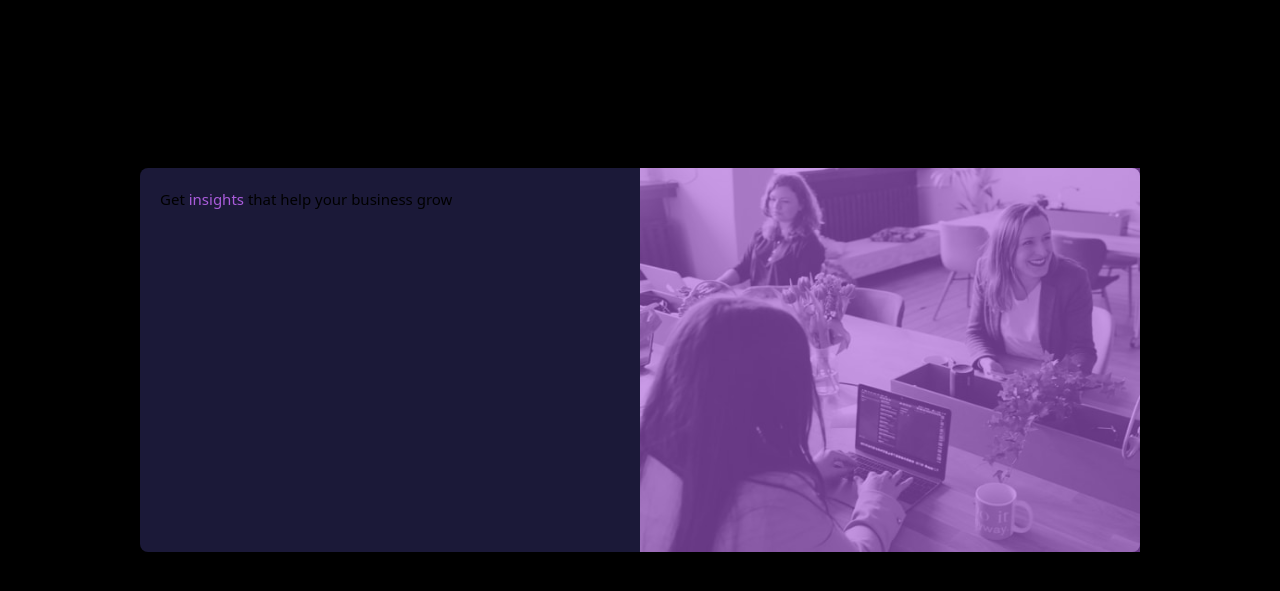
Repository: BerlinWebDev/FrontendMaster_PreviewMentor
Page: /
These files come from the project's save history. The page is drawn as it stood at one moment and after a run of saves; the edit follows.
The browser window is 1280 px wide. The pictures show the whole page.
The project was rebuilt for these pictures with package versions that can differ from the ones it lists, and the page was loaded fresh each time.

Above is the page before, as saved 2023-11-11 19:07:41.

### src/App.js
import Image from "./assets/image-header-desktop.jpg";

function App() {
  return (
    <>
      <header>
        <title>Challenge</title>
        <meta name="description" content="Challenge" />
        <link rel="icon" href="/favicon.ico" />
      </header>
      <main className="flex min-h-screen flex-col items-center justify-center bg-black">
        <div className="flex h-96 w-[1000px] rounded-lg bg-[#1b1938]">
          <aside className="w-1/2  rounded-l-lg">
            <div className="p-5">
              <div className="text-[15px]">
                Get <span className="text-[#aa5cdb]">insights</span> that help
                your business grow
              </div>
            </div>
          </aside>
          <aside className="w-1/2  rounded-lg relative">
            <div className="absolute inset-0 bg-[#aa5cdb] opacity-60"></div>
            <img
              className=" h-full w-full rounded-r-lg"
              src={Image}
              alt="Header-Desktop"
            />
          </aside>
        </div>
      </main>
    </>
  );
}

export default App;

Loaded but not shown: public/index.html (common file); src/index.js (common file); src/index.css (common file); tailwind.config.js (common file)

After the next 2 saves:
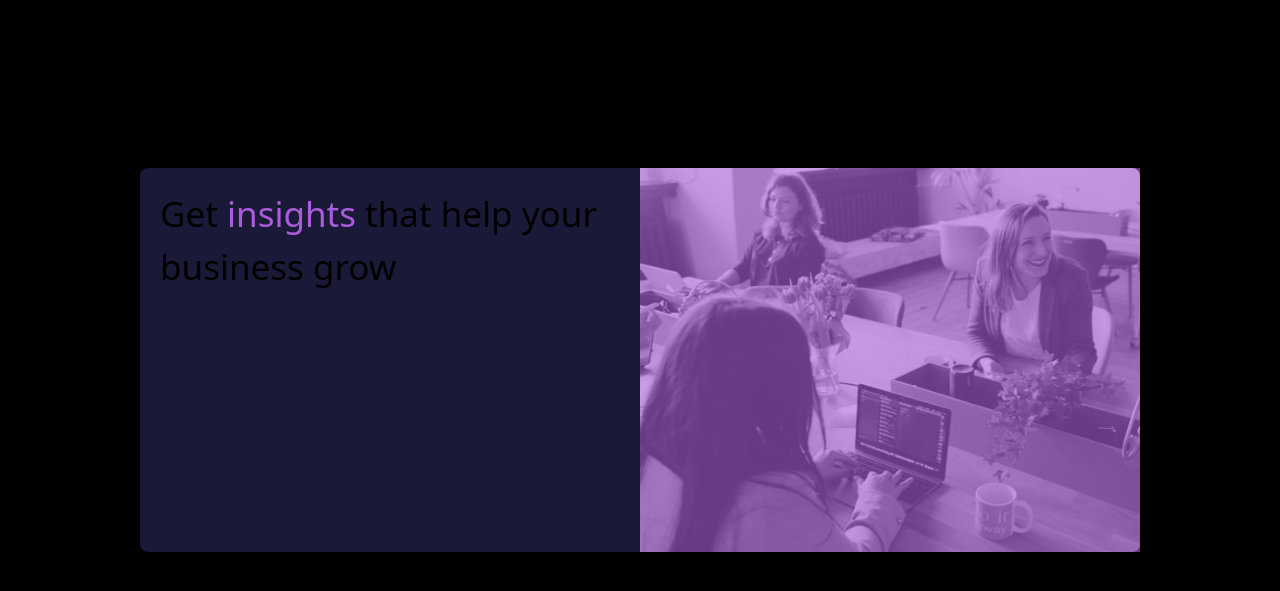
The 2 saves are shown as one change because they came seconds apart.
The last was saved 11 s later.
--- a/src/App.js
+++ b/src/App.js
@@ -12,7 +12,7 @@ function App() {
         <div className="flex h-96 w-[1000px] rounded-lg bg-[#1b1938]">
           <aside className="w-1/2  rounded-l-lg">
             <div className="p-5">
-              <div className="text-[15px]">
+              <div className="text-[35px]">
                 Get <span className="text-[#aa5cdb]">insights</span> that help
                 your business grow
               </div>
